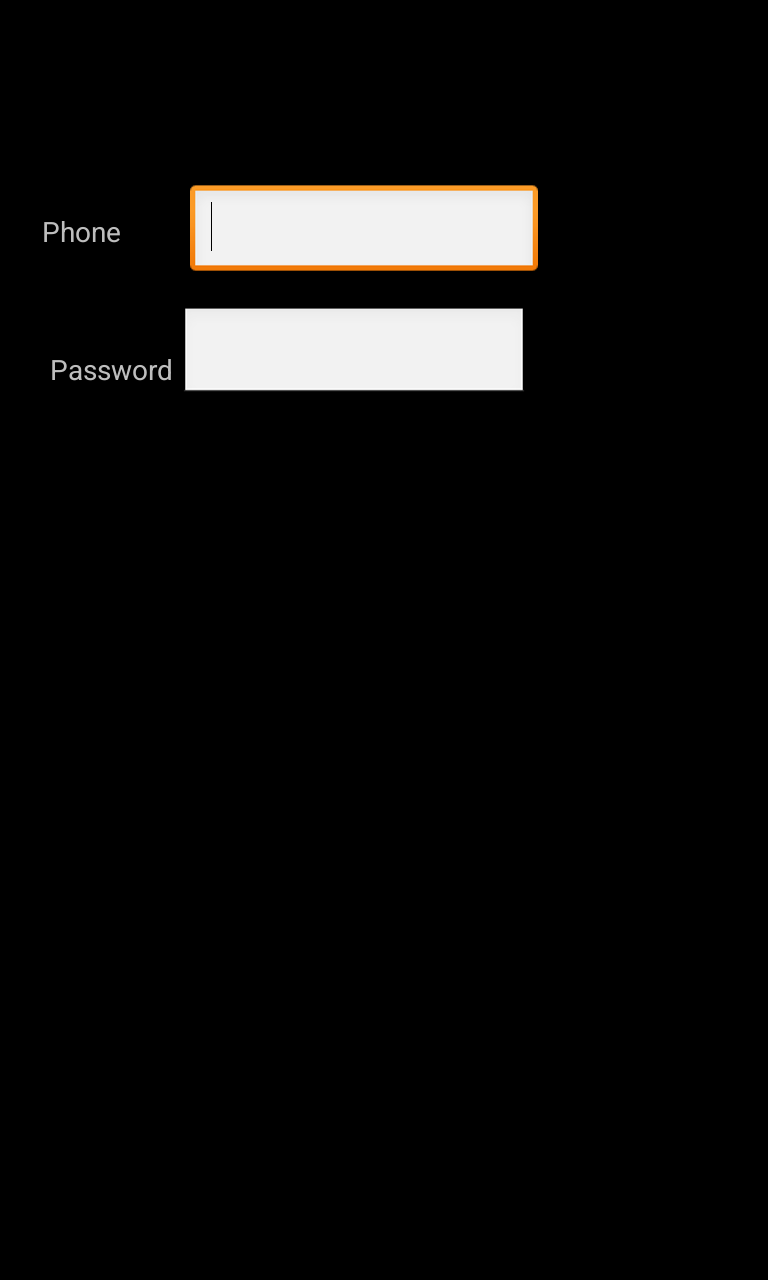
Repository: nuces-acm/DevFest-12-Team-9
Layout: data/Eclipse Workspace of android/Devfest/DCSClientApp/res/layout/signin.xml
The author's editor kept a copy of each file at every save. The layout is drawn from the files as they stood at one save, then again after the next save.
It is drawn on a 768 x 1280 px phone screen (xhdpi) without system bars, with theme android:Theme; the app's code is not run.

Above is the layout before, as saved 2012-04-01 03:02:40.

After the next save:
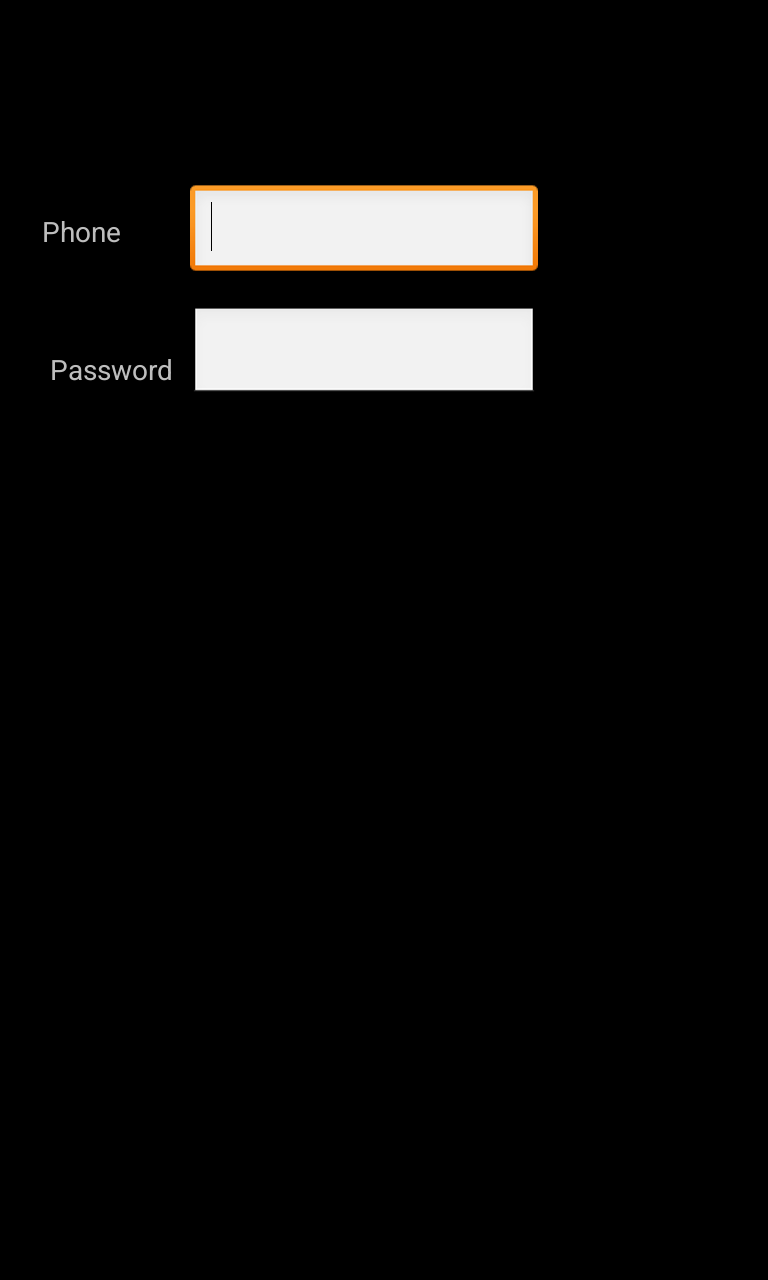
Saved 10 s later.
--- a/data/Eclipse Workspace of android/Devfest/DCSClientApp/res/layout/signin.xml
+++ b/data/Eclipse Workspace of android/Devfest/DCSClientApp/res/layout/signin.xml
@@ -39,7 +39,7 @@
         android:id="@+id/passwordET"
         android:layout_width="174dp"
         android:layout_height="wrap_content"
-        android:layout_x="90dp"
+        android:layout_x="95dp"
         android:layout_y="153dp"
         android:inputType="textPassword" />
 
